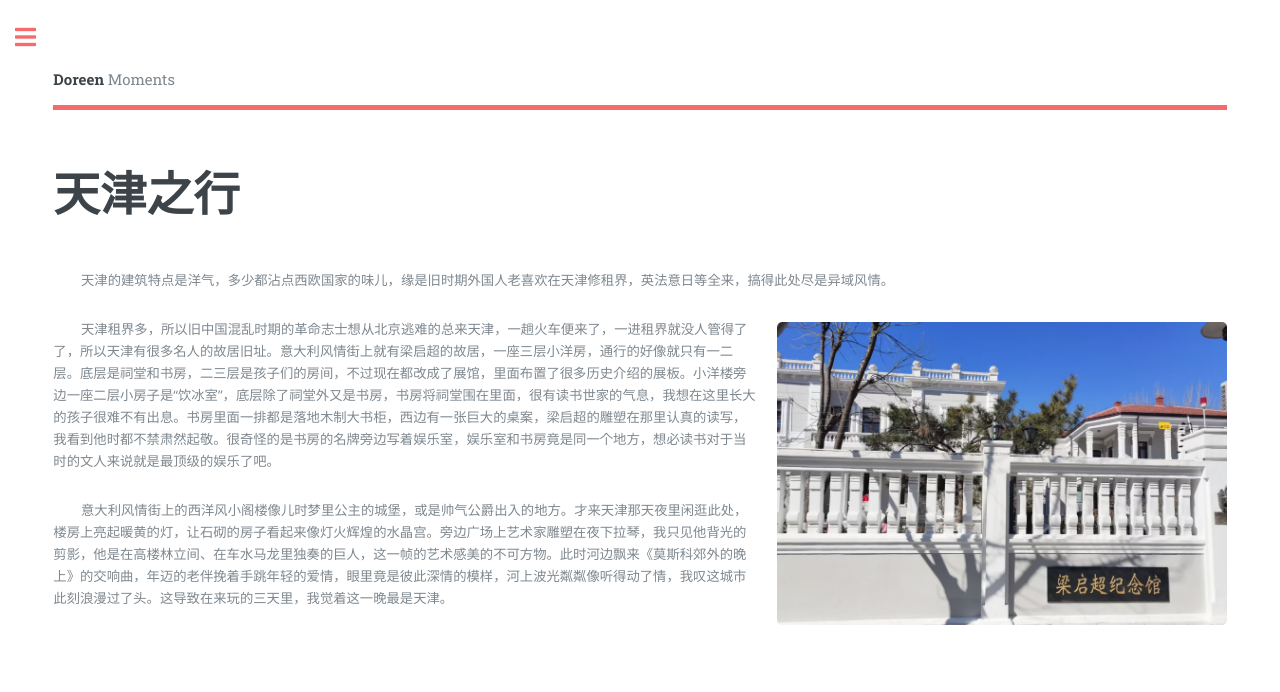
Repository: Hpz3859/Hpz3859.github.io
Page: tianjin_2023_02.html
An editor plug-in stored every save of this project. The page is shown before and after the next save, followed by the edit.
The browser window is 1280 px wide. The pictures show the whole page.

Above is the page before, as saved 2025-03-19 20:17:52.

### tianjin_2023_02.html
<!DOCTYPE HTML>
<!--
	Editorial by HTML5 UP
	html5up.net | @ajlkn
	Free for personal and commercial use under the CCA 3.0 license (html5up.net/license)
-->
<html>
	<head>
		<title>Doreen tianjin_2023_02</title>
		<meta charset="utf-8" />
		<meta name="viewport" content="width=device-width, initial-scale=1, user-scalable=no" />
		<link rel="stylesheet" href="assets/css/main.css" />
	</head>
	<body class="is-preload">

		<!-- Wrapper -->
			<div id="wrapper">

				<!-- Main -->
					<div id="main">
						<div class="inner">

							<!-- Header -->
								<header id="header">
									<a href="tianjin_2023_02.html" class="logo"><strong>Doreen</strong> Moments</a>

								</header>

							<!-- Content -->
								<section>
									<header class="main">
										<h1>天津之行</h1>
									</header>

									<p>&nbsp;&nbsp;&nbsp;&nbsp;&nbsp;&nbsp;&nbsp;&nbsp;天津的建筑特点是洋气，多少都沾点西欧国家的味儿，缘是旧时期外国人老喜欢在天津修租界，英法意日等全来，搞得此处尽是异域风情。</p>

									<p>
										<span class="image right"><img src="images/tianjin_1.jpg" alt="" /></span>

										&nbsp;&nbsp;&nbsp;&nbsp;&nbsp;&nbsp;&nbsp;&nbsp;天津租界多，所以旧中国混乱时期的革命志士想从北京逃难的总来天津，一趟火车便来了，一进租界就没人管得了了，所以天津有很多名人的故居旧址。意大利风情街上就有梁启超的故居，一座三层小洋房，通行的好像就只有一二层。底层是祠堂和书房，二三层是孩子们的房间，不过现在都改成了展馆，里面布置了很多历史介绍的展板。小洋楼旁边一座二层小房子是“饮冰室”，底层除了祠堂外又是书房，书房将祠堂围在里面，很有读书世家的气息，我想在这里长大的孩子很难不有出息。书房里面一排都是落地木制大书柜，西边有一张巨大的桌案，梁启超的雕塑在那里认真的读写，我看到他时都不禁肃然起敬。很奇怪的是书房的名牌旁边写着娱乐室，娱乐室和书房竟是同一个地方，想必读书对于当时的文人来说就是最顶级的娱乐了吧。
									</p>
									<p>&nbsp;&nbsp;&nbsp;&nbsp;&nbsp;&nbsp;&nbsp;&nbsp;意大利风情街上的西洋风小阁楼像儿时梦里公主的城堡，或是帅气公爵出入的地方。才来天津那天夜里闲逛此处，楼房上亮起暖黄的灯，让石砌的房子看起来像灯火辉煌的水晶宫。旁边广场上艺术家雕塑在夜下拉琴，我只见他背光的剪影，他是在高楼林立间、在车水马龙里独奏的巨人，这一帧的艺术感美的不可方物。此时河边飘来《莫斯科郊外的晚上》的交响曲，年迈的老伴挽着手跳年轻的爱情，眼里竟是彼此深情的模样，河上波光粼粼像听得动了情，我叹这城市此刻浪漫过了头。这导致在来玩的三天里，我觉着这一晚最是天津。</p>

								</section>

						</div>
					</div>

				<!-- Sidebar -->
					<div id="sidebar">
						<div class="inner">

							<!-- Search -->
								<section id="search" class="alt">
									<form method="post" action="#">
										<input type="text" name="query" id="query" placeholder="Search" />
									</form>
								</section>

							<!-- Menu -->
								<nav id="menu">
									<header class="major">
										<h2>目录</h2>
									</header>
									<ul>
										<li><a href="./index.html">主页</a></li>
										<li>
											<span class="opener">文章</span>
											<ul>
												<li><a href="experience.html">过往经历</a></li>
												<li><a href="#">数据挖掘</a></li>
												<li><a href="#">量化与投资</a></li>
												<li><a href="moments.html">随笔</a></li>
											</ul>
										</li>
										<li>
											<span class="opener">视频</span>
											<ul>
												<li><a href="#">待更新</a></li>
												<li><a href="#">待更新</a></li>
											</ul>
										</li>

									</ul>
								</nav>

							<!-- Section -->
								<section>
									<header class="major">
										<h2>Ante interdum</h2>
									</header>
									<div class="mini-posts">
										<article>
											<a href="#" class="image"><img src="images/pic07.jpg" alt="" /></a>
											<p>Aenean ornare velit lacus, ac varius enim lorem ullamcorper dolore aliquam.</p>
										</article>
										<article>
											<a href="#" class="image"><img src="images/pic08.jpg" alt="" /></a>
											<p>Aenean ornare velit lacus, ac varius enim lorem ullamcorper dolore aliquam.</p>
										</article>
										<article>
											<a href="#" class="image"><img src="images/pic09.jpg" alt="" /></a>
											<p>Aenean ornare velit lacus, ac varius enim lorem ullamcorper dolore aliquam.</p>
										</article>
									</div>
									<ul class="actions">
										<li><a href="#" class="button">More</a></li>
									</ul>
								</section>



							<!-- Footer -->
								<footer id="footer">
									<p class="copyright">&copy; Untitled. All rights reserved. Demo Images: <a href="https://unsplash.com">Unsplash</a>. Design: <a href="https://html5up.net">HTML5 UP</a>.</p>
								</footer>

						</div>
					</div>

			</div>

		<!-- Scripts -->
			<script src="assets/js/jquery.min.js"></script>
			<script src="assets/js/browser.min.js"></script>
			<script src="assets/js/breakpoints.min.js"></script>
			<script src="assets/js/util.js"></script>
			<script src="assets/js/main.js"></script>

	</body>
</html>

Loaded but not shown: assets/js/jquery.min.js (library); assets/js/browser.min.js (common file); assets/js/breakpoints.min.js (common file); assets/css/fontawesome-all.min.css (library); assets/js/util.js (587 lines, source omitted); assets/js/main.js (262 lines, source omitted); assets/css/main.css (2273 lines, source omitted)

After the next save:
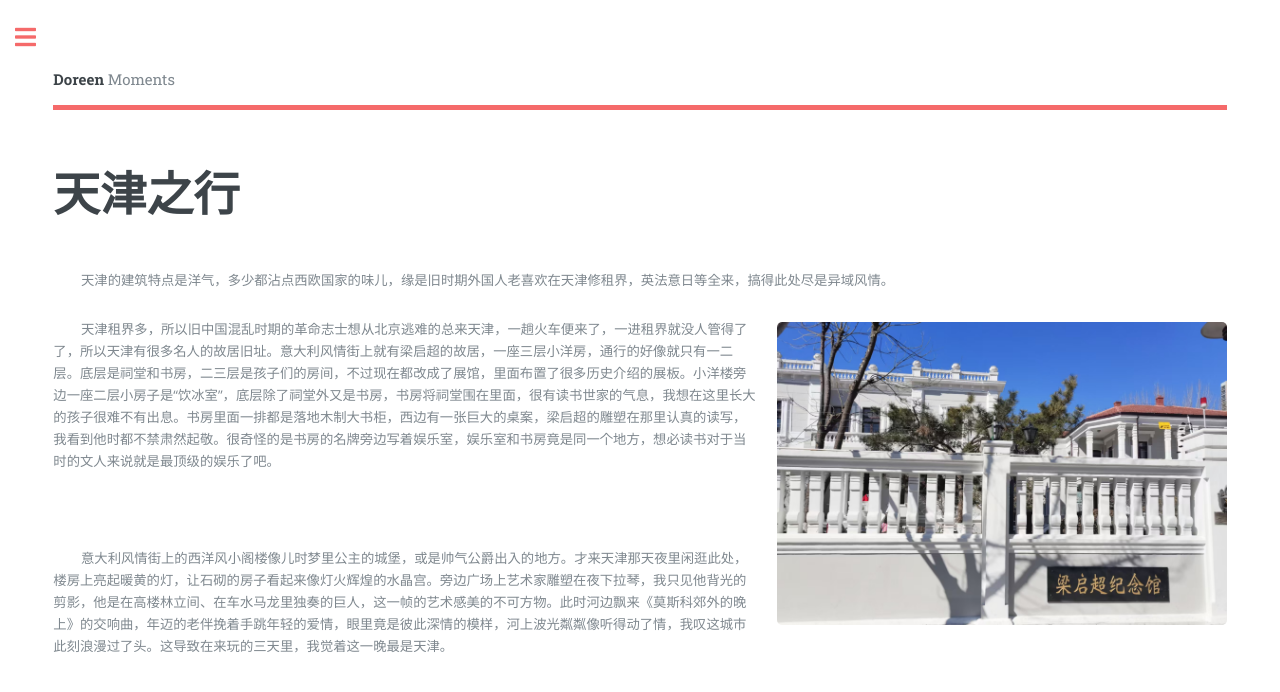
Saved 25 s later.
--- a/tianjin_2023_02.html
+++ b/tianjin_2023_02.html
@@ -39,6 +39,7 @@
 
 										&nbsp;&nbsp;&nbsp;&nbsp;&nbsp;&nbsp;&nbsp;&nbsp;天津租界多，所以旧中国混乱时期的革命志士想从北京逃难的总来天津，一趟火车便来了，一进租界就没人管得了了，所以天津有很多名人的故居旧址。意大利风情街上就有梁启超的故居，一座三层小洋房，通行的好像就只有一二层。底层是祠堂和书房，二三层是孩子们的房间，不过现在都改成了展馆，里面布置了很多历史介绍的展板。小洋楼旁边一座二层小房子是“饮冰室”，底层除了祠堂外又是书房，书房将祠堂围在里面，很有读书世家的气息，我想在这里长大的孩子很难不有出息。书房里面一排都是落地木制大书柜，西边有一张巨大的桌案，梁启超的雕塑在那里认真的读写，我看到他时都不禁肃然起敬。很奇怪的是书房的名牌旁边写着娱乐室，娱乐室和书房竟是同一个地方，想必读书对于当时的文人来说就是最顶级的娱乐了吧。
 									</p>
+									<p>&nbsp;</p>
 									<p>&nbsp;&nbsp;&nbsp;&nbsp;&nbsp;&nbsp;&nbsp;&nbsp;意大利风情街上的西洋风小阁楼像儿时梦里公主的城堡，或是帅气公爵出入的地方。才来天津那天夜里闲逛此处，楼房上亮起暖黄的灯，让石砌的房子看起来像灯火辉煌的水晶宫。旁边广场上艺术家雕塑在夜下拉琴，我只见他背光的剪影，他是在高楼林立间、在车水马龙里独奏的巨人，这一帧的艺术感美的不可方物。此时河边飘来《莫斯科郊外的晚上》的交响曲，年迈的老伴挽着手跳年轻的爱情，眼里竟是彼此深情的模样，河上波光粼粼像听得动了情，我叹这城市此刻浪漫过了头。这导致在来玩的三天里，我觉着这一晚最是天津。</p>
 
 								</section>
